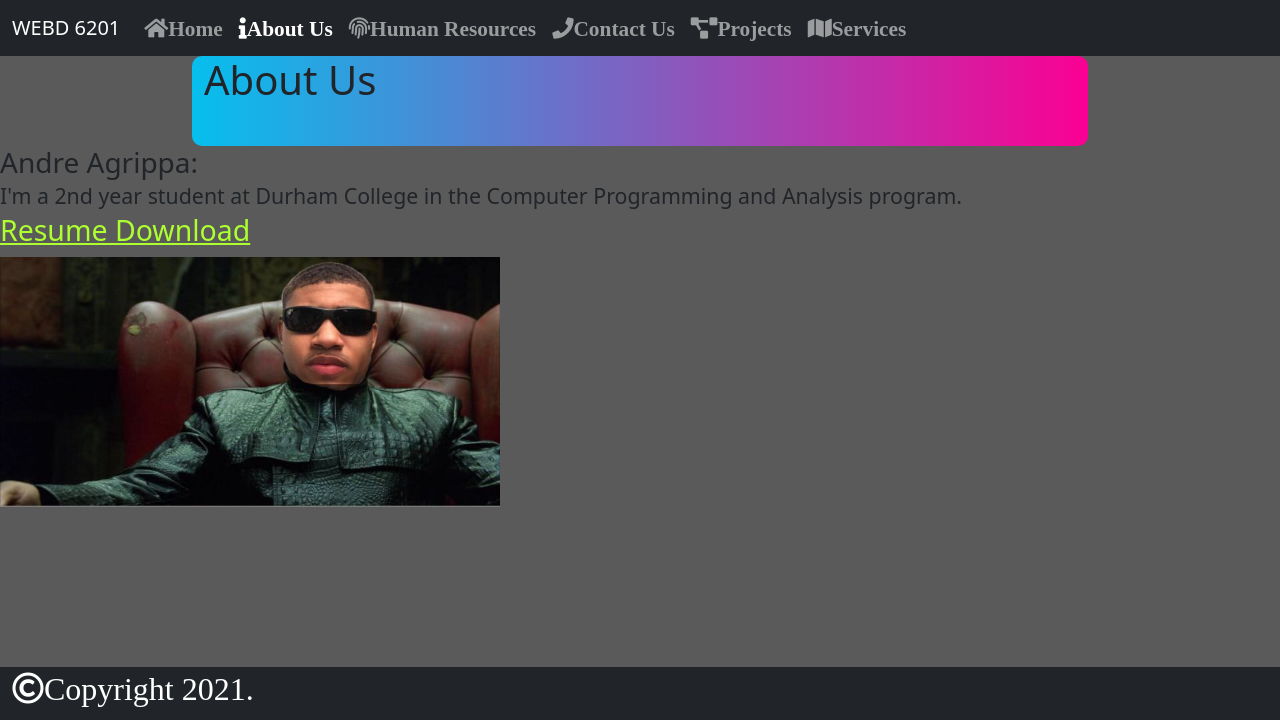
Repository: vans12345678/WEBD6201-W2021-Lab1
Page: about.html
The author's editor kept a copy of each file at every save. The page is drawn from the files as they stood at one save, then again after the next save.
The browser window is 1280 px wide. The pictures show the whole page.

Above is the page before, as saved 2021-02-02 19:00:04.

### about.html
<!DOCTYPE html>
<html lang="en">
<head>
    <meta charset="UTF-8">
    <meta name="viewport" content="width=device-width, initial-scale=1.0">
    <title>About Us</title>

    <!-- CSS Section -->
    <link rel="stylesheet" href="./node_modules/bootstrap/dist/css/bootstrap.min.css">
    <link rel="stylesheet" href="./node_modules/@fortawesome/fontawesome-free/css/all.min.css">
    <link rel="stylesheet" href="./Content/app.css">
</head>
<body>
  <!-- Main Header -->
    <header>
      <!-- Main Navigation -->
        <nav class="navbar navbar-expand-lg navbar-dark bg-dark">
            <div class="container-fluid">
              <a id ="navHome" class="navbar-brand" href="index.html"></a>
              <button class="navbar-toggler" type="button" data-bs-toggle="collapse" data-bs-target="#navbarSupportedContent" aria-controls="navbarSupportedContent" aria-expanded="false" aria-label="Toggle navigation">
                <span class="navbar-toggler-icon"></span>
              </button>
              <div class="collapse navbar-collapse" id="navbarSupportedContent">
                <ul class="navbar-nav me-auto mb-2 mb-lg-0">
                  <li class="nav-item">
                    <a id = "navIndex" class="nav-link fas fa-home fa-lg" aria-current="page" href="index.html"></a>
                  </li>
                  <li class="nav-item">
                    <a id = "navAbout" class="nav-link active fas fa-info fa-lg" aria-current="page" href="about.html"></a>
                  </li>
                  <li class="nav-item">
                    <a id = "navHumanResources" class="nav-link fas fa-fingerprint fa-lg" aria-current="page" href="human-resources.html"></a>
                  </li>
                  <li class="nav-item">
                    <a id = "navContact" class="nav-link fas fa-phone fa-lg" aria-current="page" href="contact.html"></a>
                  </li>
                  <li class="nav-item">
                    <a id = "navProjects" class="nav-link fas fa-project-diagram fa-lg" aria-current="page" href="projects.html">Products</a>
                  </li>
                  <li class="nav-item">
                    <a id = "navServices" class="nav-link fas fa-map fa-lg" aria-current="page" href="services.html"></a>
                  </li>
                </ul>
              </div>
            </div>
          </nav>
    </header>
  <!-- Main Contents -->
    <main>
        <h1 id = "aboutTitle"class = "container"></h1>
        <p id="aboutAText" class = "fa-lg"></p>
    </main>
    <!-- Main Footer -->
    <footer>
      <nav class="navbar fixed-bottom navbar-dark bg-dark">
          <div class="container-fluid">
              <h4><i id = "footer" class="far fa-copyright fa-lg site-footer"></i></h4>
          </div>
        </nav>
  </footer>
    <!-- Script Section -->
    <script src="./node_modules/jquery/dist/jquery.min.js"></script>
    <script src="./node_modules/bootstrap/dist/js/bootstrap.bundle.min.js"></script>
    <script src="./Scripts/app.js"></script>
</body>
</html>

### Content/app.css
/* custom css goes here */
.Vapor {
    background-image: url('../images/vapor.jpg');
    background-repeat: no-repeat;
    background-attachment: fixed;
    background-size: 100% 100%;
  }
  a {
    color: greenyellow;
  }
  body
  {
    background-color: rgb(90, 90, 90);
  }
  h1.container{
    border-radius: 10px;
    width: 70%;
    height: 90px;
    margin: 0px auto;
    background: linear-gradient(90deg,#06bfee,#fb0093)
  }
  h1.projects{
    background-color: white;
  }
  .contact-table{
    width: 100%;
    margin:  50px auto;
    background-color: white;
  }
  .contact-form
  {
    width: 100%;
    margin:  100px auto;
  }
  .warnMessage
  {
    width: 90%;
    margin:  50px;
  }
  .site-footer {
    color:white;
  }

### Scripts/app.js
/************************************************************
 * Name: Andre Agrippa, Michai Pryce
 * Date: 01/20/2021
 * Description: This file adds functionality to the Home,
 * About Us, Human Resources, Contact Us, Projects and Services
 * pages.
 * Date Completed:
 */

"use strict";


(function(){

    function DisplayNav()
    {
        let navTextElement = document.getElementById("navHome").textContent = "WEBD 6201";
        navTextElement = document.getElementById("navIndex").textContent = "Home";
        navTextElement = document.getElementById("navAbout").textContent = "About Us";
        navTextElement = document.getElementById("navHumanResources").textContent = "Human Resources";
        navTextElement = document.getElementById("navContact").textContent = "Contact Us";
        navTextElement = document.getElementById("navProjects").textContent = "Projects";
        navTextElement = document.getElementById("navServices").textContent = "Services";
        navTextElement = document.getElementById("footer").textContent = "Copyright 2021.";
    }

    function displayHome()
    {
        DisplayNav();
        let introText = "This is a simple site to demonstrate the specified requirements for Lab 1 WEBD 6201 - Client Side Scripting";
        let titleText = "Welcome to WEBD 6201";

        let introTextElement = document.getElementById("indexTitle").textContent = titleText;
        introTextElement = document.getElementById("indexParagraph").textContent = introText;

    }
    function displayAbout()
    {
        DisplayNav();

        //About Andre
        let aboutElement = document.getElementById("aboutTitle").textContent = "About Us";
        aboutElement = document.getElementById("aboutAText");
        aboutElement.innerHTML = `<h3>Andre Agrippa:</h3>
        <p>I'm a 2nd year student at Durham College in the Computer Programming and Analysis program.</p>
        <a class = "fa-lg" href="andre_resume.pdf" download>Resume Download</a></br></br>
        <img src="../images/morpheus.JPG" alt="" style="width:500px;height:250px;">`;

    }
    function displayProjects()
    {
        DisplayNav();

        //Projects 1
        let projectsElement = document.getElementById("projectsTitle").textContent = "Projects";
        projectsElement = document.getElementById("projectsText").innerHTML =
        `<h3>Project One: COBOL Item List</h3>
        <p>This project reads records from a .dat file, performs calculations on the data then outputs it to a .out file neatly formatted.</p>
        <img src="../images/p1.PNG" alt="" style="width:800px;height:500px;">`;

        //Projects 2
        projectsElement = document.getElementById("projectsText").innerHTML +=
        `<h3>Project Two: C#, XAML, MDF  Preferred Shares and Common Shares</h3>
        <p>This project uses XAML for the windows form and a database to keep track of common and preferred shares.
        The database keeps track of how many shares(common/preferred) are  available and validation is applied.</p>
        <img src="../images/p2.PNG" alt="" style="width:800px;height:500px;">`;

        //Projects 3
        projectsElement = document.getElementById("projectsText").innerHTML +=
        `<h3>Project Three: ASP.NET and MVC Framework Animal Shelter</h3>
        <p>This project is a web application that keeps track of animals, owners, appointment and login info in a database.
        Relational database concepts are applied.</p>
        <img src="../images/p3.PNG" alt="" style="width:800px;height:500px;">`;

    }
    function displayServices()
    {
        DisplayNav();
        let s1Header = "Web Development:";
        let s1Text = "We offer a variety of different web development (Front-end, Back-end, Databases). Languages (PHP, ASP.NET, JavaScript)";
        let s2Header = "Service 2:";
        let s2Text = "Service 2 text";
        let s3Header = "Service 3:";
        let s3Text = "Service 3 text";

        //Services 1
        let servicesElement = document.getElementById("servicesTitle").textContent = "Web Development";
        servicesElement = document.getElementById("servicesText").innerHTML =
        `<h3>Web Development:</h3>
        <p>We offer a variety of different web development (Front-end, Back-end, Databases). Languages (PHP, ASP.NET, JavaScript)</p>
        <img src="../images/s1.jpg" alt="" style="width:800px;height:500px;">`;

        //Services 2
        servicesElement = document.getElementById("servicesText").innerHTML +=
        `<h3>OOP Programming</h3>
        <p>We offer a variety of different Object Oriented Programming. We're experienced with C#, C++, Java etc.
        Whether it be windows forms applications, console applications GUI, etc.</p>
        <img src="../images/s2.png" alt="" style="width:800px;height:500px;">`;

        //Services 3
        servicesElement = document.getElementById("servicesText").innerHTML +=
        `<h3>Database Management System</h3>
        <p>It's been almost 3 years since we've had experience in database development. We've used software such as
        Microsoft SQL Server and PgAdmin4. Experienced with relational database concepts.</p>
        <img src="../images/s3.jpg" alt="" style="width:800px;height:500px;">`;


    }
    function displayContact()
    {
        DisplayNav();

        let messageArea = document.getElementById("messageArea");
        messageArea.hidden = true;

        //form validation
        let fullName = document.getElementById("fullName");
        fullName.addEventListener("blur", function()
        {
            if(fullName.value.length < 2)
            {
                fullName.focus();
                fullName.select();
                messageArea.hidden = false;
                messageArea.className = "alert alert-danger warnMessage";
                messageArea.textContent = "Please enter an appropriate name > 2 characters";
            }
            else
            {
                messageArea.removeAttribute("class");
                messageArea.hidden = true;
            }
        });
            let sendButton = document.getElementById("sendButton");
            sendButton.addEventListener("click", function(event)
            {
                //event.preventDefault();
                // //Displays twice?

                let contact = new Contact(fullName.value,contactNumber.value, emailAddress.value, shortMessage.value);

                console.log(contact.serialize());
                if(contact.serialize())
                {
                    localStorage.setItem((localStorage.length + 1).toString(),contact.serialize());
                }
            });
    }
    function displayContactList()
    {
        DisplayNav();
        if(localStorage.length > 0)
        {
            let contactList = document.getElementById("contactList");
            let data = "";

            for (let index = 0; index < localStorage.length; index++)
            {
                let contactData = localStorage.getItem((index + 1).toString());
                let contact = new Contact();

                contact.deserialize(contactData);

                data += `<tr>
                <th scope="row">${index + 1}</th>
                <td>${contact.FullName}</td>
                <td>${contact.ContactNumber}</td>
                <td>${contact.EmailAddress}</td>
                <td>${contact.ShortMessage}</td>
              </tr>`;
            }
            contactList.innerHTML = data;
        }

    }
    function displayHumanResources()
    {
        DisplayNav();
    }

    function Start()
    {
        console.log("App Started...");

        //Based of title of html
        switch(document.title)
        {
            case "Index":
                displayHome();
                break;
            case "About Us":
                displayAbout();
                break;
            case "Projects":
                displayProjects();
                break;
            case "Services":
                displayServices();
                break;
            case "Contact Us":
                displayContact();
                break;
            case "Contact-List":
                displayContactList();
                break;
            case "Human Resources":
                displayHumanResources();
                break;
        }


    }

    window.addEventListener("load", Start);

})();

Loaded but not shown: node_modules/bootstrap/dist/css/bootstrap.min.css (library); node_modules/@fortawesome/fontawesome-free/css/all.min.css (library); node_modules/jquery/dist/jquery.min.js (library); node_modules/bootstrap/dist/js/bootstrap.bundle.min.js (library)

After the next save:
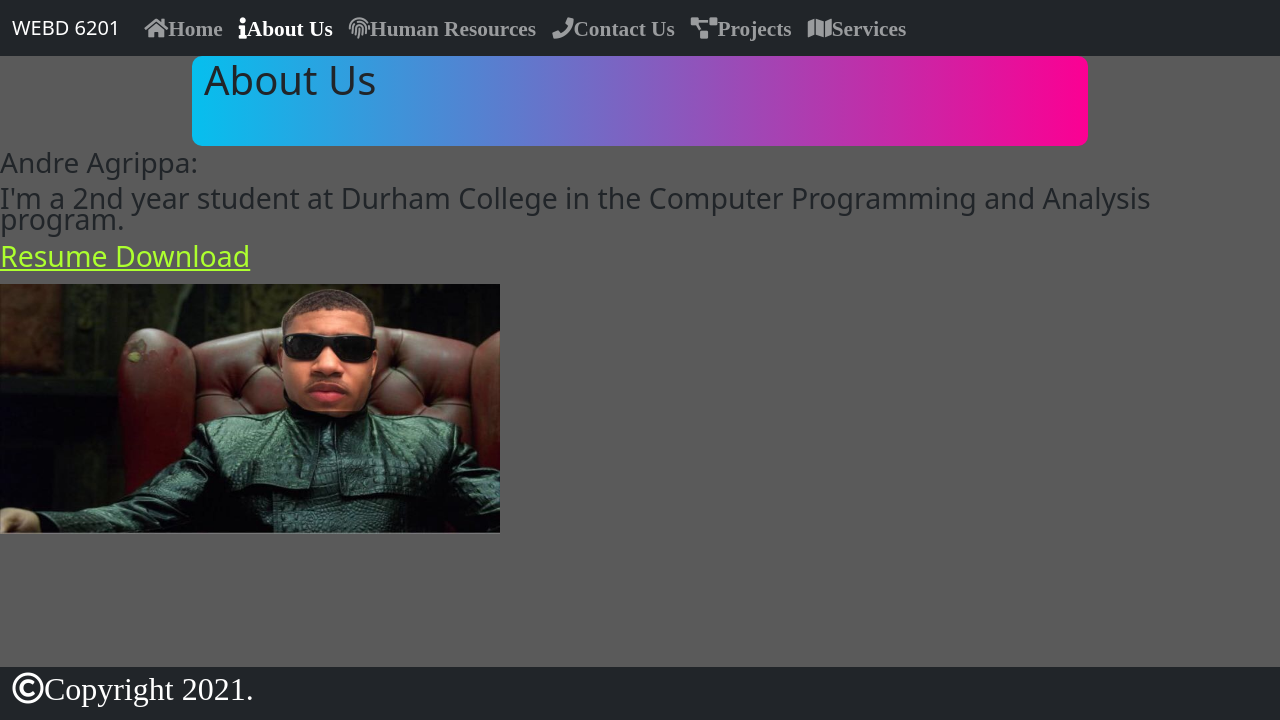
Saved 18 s later.
--- a/Scripts/app.js
+++ b/Scripts/app.js
@@ -42,7 +42,7 @@
         let aboutElement = document.getElementById("aboutTitle").textContent = "About Us";
         aboutElement = document.getElementById("aboutAText");
         aboutElement.innerHTML = `<h3>Andre Agrippa:</h3>
-        <p>I'm a 2nd year student at Durham College in the Computer Programming and Analysis program.</p>
+        <p class = "fa-lg">I'm a 2nd year student at Durham College in the Computer Programming and Analysis program.</p>
         <a class = "fa-lg" href="andre_resume.pdf" download>Resume Download</a></br></br>
         <img src="../images/morpheus.JPG" alt="" style="width:500px;height:250px;">`;
 
